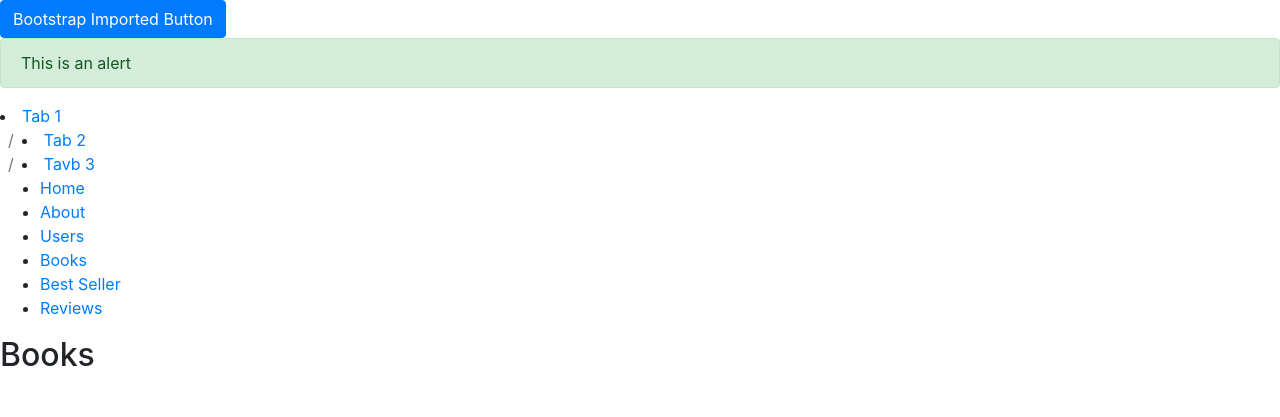
Repository: ebo-arcadia/enjoyou
Page: /books
An editor plug-in stored every save of this project. The page is shown before and after the next save, followed by the edit.
The browser window is 1280 px wide. The pictures show the whole page.
The project was rebuilt for these pictures with package versions that can differ from the ones it lists, and the page was loaded fresh each time. Also part of the build but not shown: src/App.css.

Above is the page before, as saved 2021-04-19 14:51:03.

### src/App.js
import React from "react";
import './App.css';
import 'bootstrap/dist/css/bootstrap.min.css';
import { Button, Alert, Breadcrumb } from 'react-bootstrap';
import { BrowserRouter as Router, Switch, Route, Link } from "react-router-dom";

export default function App() {
  return (
    <div>
      <header>
          <Button>Bootstrap Imported Button</Button>
          <Alert variant="success">This is an alert</Alert>
          <Breadcrumb.Item>Tab 1</Breadcrumb.Item>
          <Breadcrumb.Item>Tab 2</Breadcrumb.Item>
          <Breadcrumb.Item>Tavb 3</Breadcrumb.Item>
      </header>
    <Router>
      <div>
        <nav>
          <ul>
            <li> <Link to="/">Home</Link> </li>
            <li> <Link to="/about">About</Link> </li>
            <li> <Link to="/users">Users</Link> </li>
            <li> <Link to="/books">Books</Link> </li>
            <li> <Link to="/bestseller">Best Seller</Link> </li>
            <li> <Link to="/reviews">Reviews</Link> </li>
          </ul>
        </nav>

        {/* A <Switch> looks through its children <Route>s and
            renders the first one that matches the current URL. */}
        <Switch>
          <Route path="/bestseller"><Bestseller /></Route>
          <Route path="/reviews"><Reviews /></Route>
          <Route path="/books"><Books /></Route>
          <Route path="/about"><About /></Route>
          <Route path="/users"><Users /></Route>
          <Route path="/"><Home /></Route>
        </Switch>
      </div>
    </Router>
    </div>
  );
}

function Home()        { return <h2>Home</h2> }
function About()       { return <h2>About</h2> }
function Users()       { return <h2>Users</h2> }
function Books()       { return <h2>Books</h2> }
function Bestseller()  { return <h2>Best Seller</h2> }
function Reviews()     { return <h2>Reviews</h2> }

Loaded but not shown: public/index.html (common file); src/index.js (common file); src/index.css (common file); src/reportWebVitals.js (common file)

After the next save:
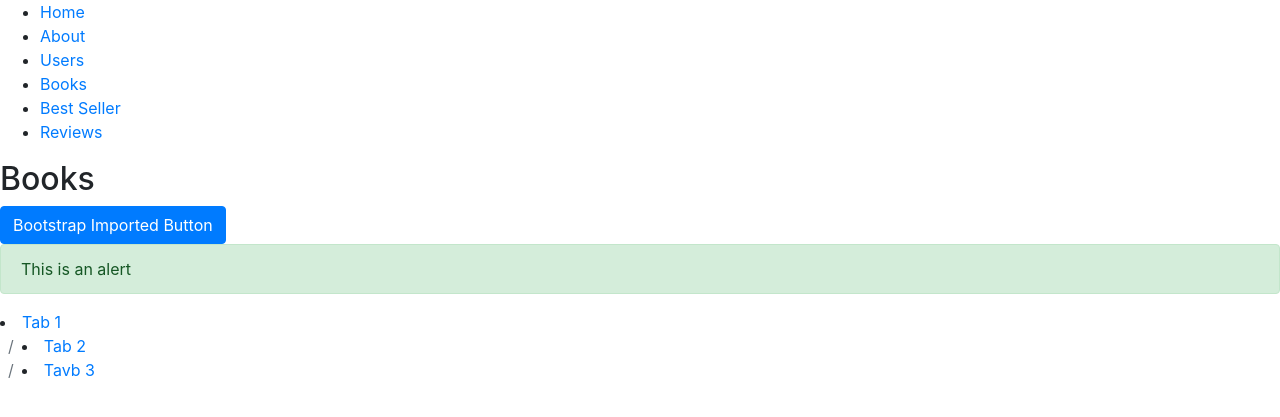
Saved 22 s later.
--- a/src/App.js
+++ b/src/App.js
@@ -7,13 +7,6 @@ import { BrowserRouter as Router, Switch, Route, Link } from "react-router-dom";
 export default function App() {
   return (
     <div>
-      <header>
-          <Button>Bootstrap Imported Button</Button>
-          <Alert variant="success">This is an alert</Alert>
-          <Breadcrumb.Item>Tab 1</Breadcrumb.Item>
-          <Breadcrumb.Item>Tab 2</Breadcrumb.Item>
-          <Breadcrumb.Item>Tavb 3</Breadcrumb.Item>
-      </header>
     <Router>
       <div>
         <nav>
@@ -39,6 +32,13 @@ export default function App() {
         </Switch>
       </div>
     </Router>
+    <header>
+          <Button>Bootstrap Imported Button</Button>
+          <Alert variant="success">This is an alert</Alert>
+          <Breadcrumb.Item>Tab 1</Breadcrumb.Item>
+          <Breadcrumb.Item>Tab 2</Breadcrumb.Item>
+          <Breadcrumb.Item>Tavb 3</Breadcrumb.Item>
+      </header>
     </div>
   );
 }
